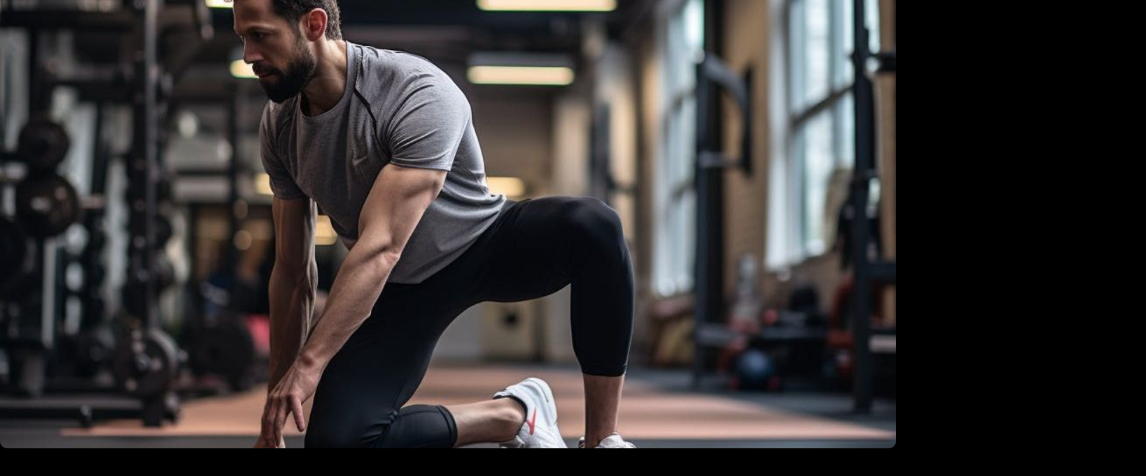
Repository: Aminul-Islam85/Assignment-2
Page: index.html
An editor plug-in stored every save of this project. The page is shown before and after the next save, followed by the edit.
The browser window is 1280 px wide. The page is 1637 px wide, so the pictures cover 1637 px, including what lies to the right of the window. The pictures show the part of the page from y = 4422 to 5942 px (the page is 5102 px tall before and 5942 px after), at 70% of full size.

Above is the page before, as saved 2024-10-23 16:17:45.

### index.html
<!DOCTYPE html>
<html lang="en">
<head>
    <meta charset="UTF-8">
    <meta name="viewport" content="width=device-width, initial-scale=1.0">
    <title>Fitness Website</title>
    <link rel="stylesheet" href="styles.css">
</head>
<body>

    <nav class="navbar">
        <h1 class="heading-text"></a>Fitness</h1>
        <ul class="nav-links">
            <li><a href="#"></a>Home</li>
            <li><a href="#"></a>Service</li>
            <li><a href="#"></a>Contact</li>
            <li><a href="#"></a>About</li>
        </ul>
        <div class="hamburger">
            <span></span>
            <span></span>
            <span></span>
        </div>
    </nav>

    <section class="hero">
        <div class="hero-content">
            <h1>Get Body in <span class="highlighted">shape</span> & stay healthy</h1>
            <p>A huge selection of health and fitness content, healthy recipes and transformation stories to help you get fit and stay fit!</p>
            <div class="hero-buttons">
                <button class="cta-btn join-btn"> Join Club Now</button>
                <button cta-btn download-btn>Download App</button>
            </div>
        </div>
        <div class="hero-image">
            <img src="images/image 5.png" alt="Trainer">
        </div>

        <div class="info-card workout-card">500+<br>Free Workout Videos</div>
        <div class="info-card tutorial-card">350+<br>Video Tutorials</div>
    </section>

    <section class="habits">
        <h1>Change Your Habits</h1>
        <p>We believe fitness should be accessible to everyone, everywhere, regardless of income or access to a gym.</p>
        <div class="habits-gallery">
            <div class="habit-item">
                <img src="images/image 3.png" alt="Movement">
                <h3>Movement</h3>
                <p>We believe fitness should be accessible to everyone</p>
            </div>
            <div class="habit-item">
                <img src="images/image 2.png" alt="Time">
                <h3>Movement</h3>
                <p>We believe fitness should be accessible to everyone</p>
            </div>
            <div class="habit-item">
                <img src="images/image 4.png" alt="Practice">
                <h3>Movement</h3>
                <p>We believe fitness should be accessible to everyone</p>
            </div>
            <div class="habit-item">
                <img src="images/image 5.png" alt="Wait Loss">
                <h3>Movement</h3>
                <p>We believe fitness should be accessible to everyone</p>
            </div>
        </div>

    </section>

    <section class="extra-mile">
        <div class="extra-mile-content">
            <h2>Run an Extra Mile Easily</h2>
            <p>We believe fitness should be accessible to everyone, everywhere, regardless of income or access to a gym. With hundreds of professional workouts.</p>
            <button class="cta-btn extra-mile-btn">Join NOW</button>
        </div>
        <div class="extra-mile-image">
            <img src="images/run.jpg" alt="Run Image">
        </div>
    </section>

    <section trainings-exercises>
        <h2>Trainings and Exercises</h2>
        <p>We believe fitness should be accessible to everyone, everywhere, regardless of income or access to a gym.</p>
        <div>
            <div class="exercise-item">
                <img src="images/exercise1.jpg" alt="Exercise-1">
                <div></div>
                <p></p>
            </div>
            <div class="exercise-item">
                <img src="images/exercise2.png" alt="Exercise-2">
                <div></div>
                <p></p>
            </div>
            <div class="exercise-item">
                <img src="images/exercise3.png" alt="Exercise-3">
                <div></div>
                <p></p>
            </div>
            <div class="exercise-item">
                <img src="images/exercise4.png" alt="Exercise-4">
                <div></div>
                <p></p>
            </div>
            <div class="exercise-item">
                <img src="" alt="">
                <div></div>
                <p></p>
            </div>
            <div class="exercise-item">
                <img src="" alt="">
                <div></div>
                <p></p>
            </div>

        </div>
    </section>


</body>
</html>

### styles.css
/*Global Styles*/
* {
    margin: 0;
    padding: 0;
    box-sizing: border-box;
}

body {
    font-family: 'Arial', sans-serif;
    background-color: black;
    color: #fff;
}

/*Navbar*/
.navbar {
    display: flex;
    justify-content: space-between;
    align-items: center;
    padding: 1 rem 2 rem;
    background-color: transparent;
}

.heading-text {
    font-size: 1.5rem;
    color: #ff5e00;
}

/*nav-link hidden in moble*/
.nav-links {
    list-style: none;
    display: flex;
    gap: 2rem;
}

.nav-links a {
    color: #fff;
    text-decoration: none;
    font-size: 1rem;
}

/*Hamburger menu hidden in desktop*/
.hamburger {
    display: none;
    flex-direction: column;
    cursor: pointer;
}

.hamburger span {
    width: 25px;
    height: 3px;
    background-color: #fff;
    margin: 4px;
    transition: 0.3s;
}

/*responsiveness*/

@media (max-width: 768) {
    .nav-links {
        display: none;
    }
    .hamburger {
        display: flex;
    }
    /*hamburger clicked show nav-links*/
    .navbar.active .nav-links {
        display: flex;
        flex-direction: column;
        position: absolute;
        top: 60px;
        right: 0;
        background-color: #12121212;
        width: 100%;
        height: auto;
        text-align: center;
        padding: 1rem;
    }
    .nav-links li {
        margin: 1rem 0;
    }
}

/* Hero section*/
.hero {
    display: flex;
    justify-content: space-between;
    align-items: center;
    padding: 4rem 2rem;
    background-color: #121212;
    position: relative;
}
.hero-content {
    max-width: 50%;
}

.hero h1 {
    font-size: 3rem;
    line-height: 1.2;
    margin-bottom: 1rem;
}

.hero.highlighted {
    font-style: italic;
    font-weight: 700;
    color: #ff5e00;
}

hero p {
    font-size: 1.2rem;
    margin-bottom: 2rem;
}

.hero-buttons {
    display: flex;
    gap: irem;
}

.cta-btn {
    padding: 1rem 2rem;
    font-size: 1rem;
    border: none;
    border-radius: 5px;
    cursor: pointer;
}

.join.btn {
    background-color: #ff5e00;
    color: #fff;
}

.download-btn {
    background-color: transparent;
    border: 2px solid #fff;
    color: #fff;
}

.hero-image img {
    max-width: 100%;
    height: auto;
}

/*Info Cards*/
.info-card {
    position: absolute;
    background-color: #2e2e2e;
    color: white;
    border-radius: 8px;
    padding: 1re 1.5rem;
    font-size: 1.2rem;
    font-weight: bold;
    text-align: center;
}

.workout-card {
    top: 30%;
    right: 10%;
}

.tutorial-card {
    top: 60%;
    left: 55%;
}

/*Hero reponsive for mobile*/
@media (max-width: 768px) {
.hero {
    flex-direction: column;
    text-align: center;
}
.hero-content {
    max-width: 100%;
    margin-bottom: 2rem;
}
.hero-image img {
    max-width: 100%;
    height: auto;
}
.info-card {
    font-size: 1rem;
    padding: 0.75rem 1 rem;
    position: relative;
    margin: 1rem auto;
    width: auto;
}
.workout-card, .tutorial-card {
    top: auto;
    left: auto;
    right: auto;
    transform: none;
    margin-bottom: 1rem;
 }
}

/*Hero Buttons on mobile*/
@media (max-width:480px) {
    .hero-buttons {
        flex-direction: column;
        gap: 1rem;
    }
    .cta-btn {
        width: 100%;
    }
}

/*Change habit section*/
.habits {
    padding: 4rem 2rem;
    text-align: center;
    background-color: #121212;
}

.habits h2 {
    font-size: 2.5rem;
    margin-bottom: 1rem;
}

.habits p {
    font-size: 1.2rem;
    margin-bottom: 2rem;
}

.habits-gallery {
    display: flex;
    justify-content: space-around;
    align-items: center;
    flex-wrap: wrap;
    gap: 2rem;
}

.habit-item {
    text-align: center;
    max-width: 200px;
}

.habit-item img {
    width: 100px;
    height: 100px;
    border-radius: 50%;
    margin-bottom: 1rem;
}

.habit-item h3 {
    font-size: 1.5rem;
    margin-bottom: 0.5rem;
}
.habit-item p {
    font-size: 1rem;
    color: #aaa;
}

/*Extra mile section*/
.extra-mile {
    display: flex;
    justify-content: space-between;
    align-items: center;
    background-color: #2e2e2e;
    padding: 4rem 2rem;
    border-radius: 20px;
    margin: 4rem 0;
}

.extra-mile-content {
    max-width: 50%;
}
extra-mile h2 {
    font-size: 2.5rem;
    margin-bottom: 1rem;
}
.extra-mile p {
    font-size: 1.2rem;
    margin-bottom: 2rem;
}
.extra-mile btn {
    background-color: #ff5e00;
    color: white;
    border: none;
    padding: 1rem 2rem;
    border-radius: 5px;
    cursor: pointer;
}
.extra-mile image img {
    border-radius: 10px;
    max-width: 100%;
}
/*Footer*/
footer {
    text-align: center;
    padding: 1rem;
    background-color: #333;
    color: #fff;
    margin-top: 2rem;
}
/*responsive design*/
@media (max-width: 768px) {
    .hero h1 {
        font-size: 2rem;
    }
    .hero p {
        font-size: 1rem;
    }
    .extra-mile {
        flex-direction: column;
        text-align: center;
    }
    .extra-mile-content, .extra-mile-image {
        max-width: 100%;
    }
}

@media (max-width: 480px) {
    hero h1 {
        font-size: 1.5rem;
    }
    .hero p {
        font-size: 0.9rem;
    }
}

/* Trainings and Exercise*/
.trainings-exercises {
    padding: 4rem 2rem;
    text-align: center;
    background-color: #121212;
}

.trainings-exercises h2 {
    font-size: 2.5rem;
    margin-bottom: 1rem;
}
.trainings-exercises p {
    font-size: 1.2rem;
    margin-bottom: 2rem;
    color: #aaa;
}
.exercise-gallery {
    display: grid;
    grid-template-columns: repeat(3, 1fr);
    gap: 1rem;
}
.exercise-item {
    position: relative;
}
.exercise-item img {
    width: 100%;
    height: auto;
    border-radius: 10px;
}
.exercise-overlay {
    position: absolute;
    top: 0;
    left: 0;
    width: 100%;
    height: 100%;
    background-color: rgba(0, 0, 0, 0.5);
    color: white;
    display: flex;
    justify-content: center;
    align-items: center;
    opacity: 0;
    transition: opacity 0.3s ease;
    border-radius: 10px;
}
.exercise-item:hover .exercise-overlay {
    opacity: 1;
}
.exercise-overlay p {
    font-size: 1.2rem;
    text-align: center;
}

/*BMI*/
.bmi-calculator {
    background-color: #121212;
    padding: 4rem 2rem;
}
.bmi-title {
    text-align: center;
    margin-bottom: 2rem;
}
.bmi-title h2 {
    font-size: 2.5rem;
    margin-bottom: 1rem;
    color: #fff;
}
.bmi-title p {
    font-size: 1.2rem;
    color: #aaa;
}

/*calculator*/
.bmi-content {
    display: flex;
    justify-content: space-between;
    align-items: flex-start;
    background-color: #121212;
    padding: 2rem;
    border-radius: 20px;
}
.bmi-chart {
    flex: 1;
    margin-right: 2rem;
}
.bmi-chart h3 {
    color:#fff;
    margin-bottom: 1rem;
}
.bmi-chart table {
    width: 100%;
    border-collapse: collapse;
}
.bmi-chart table th, .bmi-chart table td {
    padding: 1rem;
    text-align: left;
    border: 1px solid #fff;
    color: #fff;
}
.bmi-form {
    flex: 1;
}
bmi-form h3 {
    color: #fff;
    margin-bottom: 1rem;
}
bmi-form p {
    margin-bottom: 2rem;
    color: #aaa;
}
.bmi-form input, .bmi-form select {
    width: 100%;
    padding: 1rem;
    margin-bottom: 1rem;
    border-radius: 5px;
    border: none;
    background-color: #333;
    color: #fff;
}
.bmi-form select {
    cursor: pointer;
}
.bmi-form, .calculate-btn {
    width: 100%;
    padding: 1rem 2rem;
    border-radius: 5px;
    border: none;
    background-color: #ff5e00;
    color: white;
    cursor: pointer;
    text-align: center;
}

/*responsiveness*/
@media (max-width: 768px) {
    .bmi-content {
        flex-direction: column;
    }
    .bmi-chart {
        margin-right: 0;
        margin-bottom: 2rem;
    }
}

/*Meet our team*/
.team-selection {
    background-color: #121212;
    padding: 4rem 2rem;
}
.team-title {
    text-align: center;
    margin-bottom: 2rem;
}
.team-title h2 {
    font-size: 2.5rem;
    margin-bottom: 1rem;
    color: #fff;
}
.team-title p {
    font-size: 1.2rem;
    color: #aaa;
}

/*Team-content*/
.team-content {
    display: grid;
    grid-template-columns: repeat(3,1fr);
    gap: 1.5rem;
    background-color: #2e2e2e;
    padding: 2rem;
    border-radius: 20px;
}
.team-member {
    position: relative;
    border-radius: 10px;
    overflow: hidden;
}
.team-member img {
    width: 100%;
    height: auto;
    border-radius: 10px;
}
.team-overlay {
    position: absolute;
    bottom: 0;
    left: 0;
    width: 100%;
    background-color: rgba(0, 0, 0, 0.5);
    color: white;
    padding: 1rem;
    text-align: center;
    transition: background-color 0.3s ease;
}
.team-member:hover .team-overlay {
    background-color: rgba(0, 0, 0, 0.7);
}
.team-overlay h3 {
    margin: 0;
    font-size: 1.2rem;
}
.team-overlay p {
    margin: 0.5rem 0 0;
    font-size: 0.9rem;
}

/*responsive design*/
@media (max-width: 768px) {
    .team.content {
        grid-template-columns: repeat(2, 1fr);
    }
}

@media (max-width: 480px) {
    .team.content {
        grid-template-columns: 1fr;
    }
}

/*footer section*/
.footer-section {
    background-color: #2e2e2e;
    padding: 4rem 2rem;
    color: #fff;
}
.footer-content {
    display: flex;
    justify-content: space-between;
    align-items: flex-start;
    margin-bottom: 2rem;
}
.footer-logo {
    font-size: 2.5rem;
    color: #ff5e00;
}
.footer-content p {
    max-width: 300px;
    color: #aaa;
}
.footer-links {
    display: flex;
    flex-direction: column;
}
.footer-links h3 {
    margin-bottom: 1rem;
}
.footer-links ul {
    list-style: none;
    padding: 0;
}
.footer-links li {
    margin-bottom: 0.5rem;
}
.footer-links a {
    color: #fff;
    text-decoration: none;
    transition: 0.3s ease;
}
.footer-links a:hover {
    color: #ff5e00;
}
.footer-bottom {
    text-align: center;
    padding-top: 1rem;
    border-top: 1px solid #444;
    color: #aaa;
}

/*rensiveness*/
@media (max-width: 768px) {
    .footer-content {
        flex-direction: column;
        text-align: center;
    }
    .footer-links {
        margin-top: 2rem;
    }
}

After the next save:
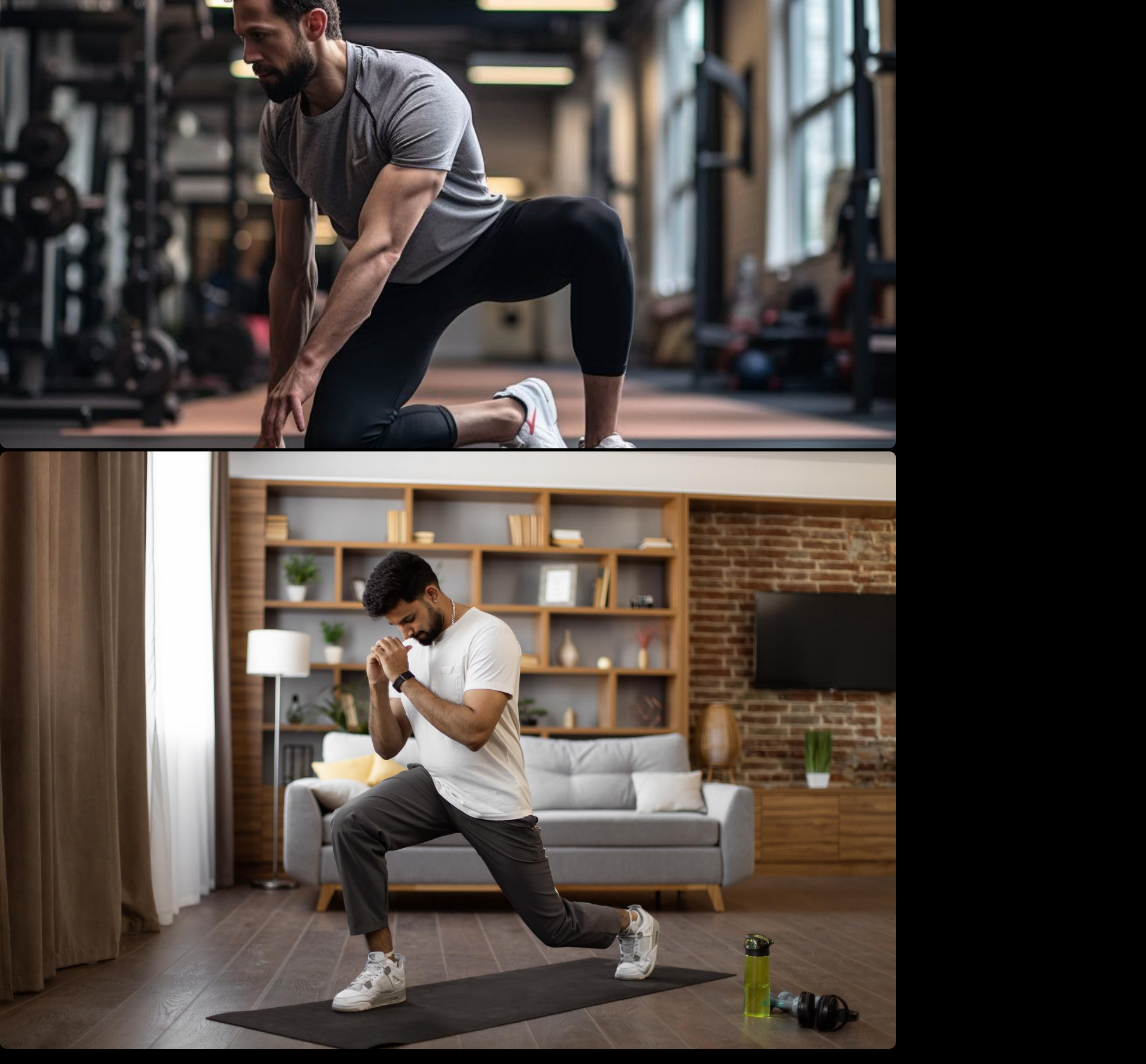
Saved 18 s later.
--- a/index.html
+++ b/index.html
@@ -104,7 +104,7 @@
                 <p></p>
             </div>
             <div class="exercise-item">
-                <img src="" alt="">
+                <img src="images/exercise5.jpg" alt="Exercise-5">
                 <div></div>
                 <p></p>
             </div>
